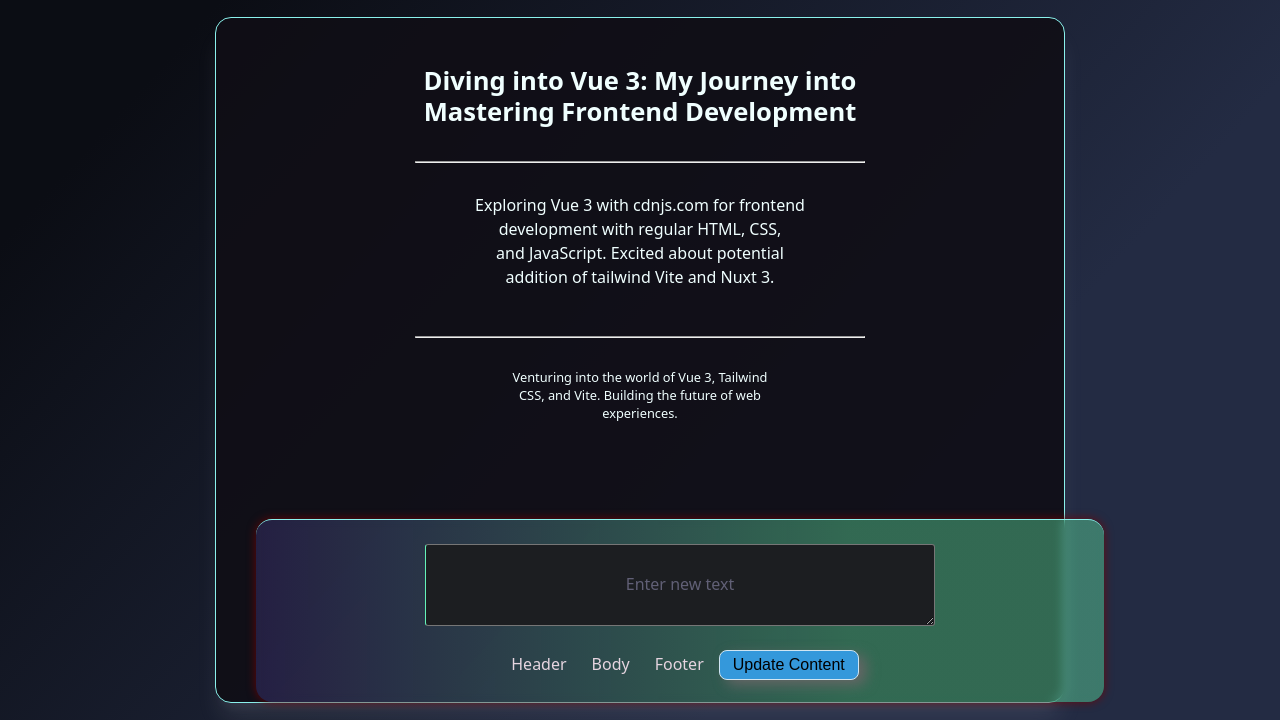
Repository: Freezler/AnnounceCraft
Page: index.html
These files come from the project's save history. The page is drawn as it stood at one moment and after a run of saves; the edit follows.
The browser window is 1280 px wide. The pictures show the whole page.

Above is the page before, as saved 2024-01-22 15:59:21.

### index.html
<!DOCTYPE html>
<html lang="en">

<head>
	<meta charset="UTF-8" />
	<meta name="viewport" content="width=device-width, initial-scale=1.0" />
	<title>Shopping List App</title>
	<link rel="stylesheet" href="style.css" />
</head>

<body>
	<section id="shopping-list">

		<div class="content">
			<h1 @click="updateSelectedType('Header'); updateSelectedText(header)">{{ header }}</h1>
			<hr>
			<p @click="updateSelectedType('Body'); updateSelectedText(body)">{{ body }}</p>
			<hr>
			<h4 @click="updateSelectedType('Footer'); updateSelectedText(footer)">{{ footer }}</h4>
		</div>
		<div class="choice-box">
			<textarea v-model="selectedText" type="text" minlength="10" maxlength="400" required
				placeholder="Enter new text"></textarea>
			<div class="radio-container">
				<input class="btn" type="radio" id="header" value="Header" v-model="selectedType"
					@change="updateTempContent">
				<label for="header">Header</label>
				<input class="btn" type="radio" id="body" value="Body" v-model="selectedType"
					@change="updateTempContent">
				<label for="body">Body</label>
				<input class="btn" type="radio" id="footer" value="Footer" v-model="selectedType"
					@change="updateTempContent">
				<label for="footer">Footer</label>
				<button @click="updateText" class="btn">Update Content</button>
			</div>
		</div>
	</section>
	<script src="https://unpkg.com/vue@3"></script>
	<script src="app.js"></script>
</body>

</html>

### style.css
body {
    margin: 0;
    padding: 0;
    font-family: system-ui, -apple-system, BlinkMacSystemFont, 'Segoe UI', Roboto, Oxygen, Ubuntu, Cantarell, 'Open Sans', 'Helvetica Neue', sans-serif;
    background: linear-gradient(132.1deg, rgb(11, 13, 20) 11.4%, rgb(35, 43, 67) 70.2%);
    color: azure;
    text-align: center;
    height: 100vh;
    display: flex;
    flex-direction: column;
    justify-content: space-evenly;
    align-items: center;

}

section {
    height: 95%;
    border: 0.6px solid #8af1ec;
    border-radius: 16px;
    padding:0 40px;
    max-width: 60vw;
    background-color: hsla(255, 21%, 7%, 0.9);
    text-align: center;
    position: absolute;
    box-shadow: rgba(223, 225, 240, 0.1) 0px 20px 25px -5px, rgba(228, 225, 225, 0.05) 0px 10px 10px -5px;
}

h1 {
    font-size: clamp(0.9rem, 2vw, 1.7rem);
    line-height: 1.2;
    padding-bottom: 1.2rem;
    width: 32ch;
    margin: 16px auto -16px;
    word-wrap: pretty;
}

h1:hover {

    transform: scale(1.05);
    color: hsla(219, 87%, 27%, 0.9);
    transition: all 5s cubic-bezier(0.215, 0.610, 0.355, 1);
    text-align: center;
    margin:0 auto;
    padding:0;
}

h4 {
    font-size: clamp(0.3rem, 2vw, 0.8rem);
    font-weight: 100;
    width: 35ch;
    vertical-align: middle;
    margin: 0 auto;
    padding-bottom: 24px;
    text-align: center;
    word-wrap: balanced;
}

p {
    font-size: clamp(0.6rem, 2vw, 1rem);
    line-height: 1.6;
    width: 45ch;
    line-height: 1.5;
    margin: 0 auto;
    padding: 0px 0px 1rem;
    text-wrap: balance;
    text-align: center;
}

hr {

    width: 35vw;
    align-self: center;

}

label {
    display: block;
    color: #e6d5e0;
}

.radio-container input[type="radio"] {
    display: none;

}

.radio-container input[type="radio"]:hover {
    background: #b984e8;

}

.radio-container input[type="radio"]+label {
    display: inline-block;
    padding: 5px 10px;

    border-radius: 8px;
    margin-right: 5px;
    cursor: pointer;
}

.radio-container input[type="radio"]:checked+label {
    background-color: #e0e0e0;
    color: rgb(40, 4, 4);
}

.content {
    display: flex;
    flex-direction: column;
    gap: clamp(1.4rem, 1vw, 2rem);
    width: 60vw;
    ;
    padding: 2rem 0;
}

.choice-box {
    position: absolute;
    bottom: 0;
    background-position: center;
    background-image: url('https://images.unsplash.com/photo-1515325915697-9279b4f7effc?q=80&w=2532&auto=format&fit=crop&ixlib=rb-4.0.3&ixid=M3wxMjA3fDB8MHxwaG90by1wYWdlfHx8fGVufDB8fHx8fA%3D%3D');
    background: linear-gradient(90deg, hsla(249, 83%, 67%, 0.2), hsla(249, 83%, 67%, 0.2)0 0%, hsla(149, 83%, 67%, 0.4)70%);
    display: flex;
    flex-direction: column;
    gap: 8px;
    justify-content: space-around;
    break-before: always;


    border-top: 0.6px solid #8af1ec;
    border-radius: 16px;

    padding-top: 24px;
    padding-bottom: 16px;


    backdrop-filter: blur(5px);

    box-shadow: 0 0 10px rgba(123, 3, 3, 0.8);
    width: 100%;

    textarea {
        width: 60%;
        color: rgb(233, 232, 243);
        background-color: #1c1e21;
        border-left: 1px solid #64f3b7;
        border-radius: 3px;
        font-size: 16px;
        font-family: system-ui, -apple-system, BlinkMacSystemFont, 'Segoe UI', Roboto, Oxygen, Ubuntu, Cantarell, 'Open Sans', 'Helvetica Neue', sans-serif;
        margin: 0 auto;
       padding: 16px 0px;
       padding-top: 1.2rem;
       text-align: center;
            justify-content: baseline;
        overflow: hidden;
        outline: none;
        vertical-align: middle;

        &::placeholder {
            color: rgb(97, 96, 118);
            text-align: center;
            justify-content: baseline;
            padding-top: 0.5rem;
        }

        &:focus {
            border-color: #f0f3f6;
            box-shadow: 0 0 0 0.1rem rgba(255, 0, 76, 0.65);
            text-align: center;

        }

        &::valid {
            background-color: #28924b;
        }
    }
}

.btn {
    -webkit-border-radius: 4;
    -moz-border-radius: 4;
    border-radius: 8px;
    -webkit-box-shadow: 7px 5px 13px #666666;
    -moz-box-shadow: 7px 5px 13px #666666;
    box-shadow: 7px 5px 13px #666666;
    color: #000000;
    font-size: 16px;
    background: #3498db;
    padding: 5px 10px;
    border: solid #d0e5f2 1px;
    text-decoration: none;
    width: 140px;
    margin: 1rem auto .4rem;
}

.btn:hover {
    background: #b984e8;
    text-decoration: none;
}

### app.js
const shoppingList = Vue.createApp({
    /**
     * Returns an object with header, body, footer, selectedText, selectedType, and tempContent properties.
     *
     * @return {Object} The object containing header, body, footer, selectedText, selectedType, and tempContent properties.
     */
    data() {
        return {
            header: "Diving into Vue 3: My Journey into Mastering Frontend Development",
            body: "Exploring Vue 3 with cdnjs.com for frontend development with regular HTML, CSS, and JavaScript. Excited about potential addition of tailwind  Vite and Nuxt 3.",
            footer: "Venturing into the world of Vue 3, Tailwind CSS, and Vite. Building the future of web experiences.",
            selectedText: "",
            selectedType: "",
            tempContent: { type: "", text: "" }
        };
    },
    methods: {
        /**
         * Updates the temporary content based on the selected type and text.
         */
        updateTempContent() {
            if (this.selectedText === "") {
                this.selectedType = "";
                alert("Please enter text first");
            } else {
                if (this.selectedType !== undefined) {
                    this.tempContent.type = this.selectedType;
                }
                if (this.selectedText !== undefined) {
                    this.tempContent.text = this.selectedText;
                }
            }
        },

        /**
         * Updates the header, body, and footer based on the type and text from this.tempContent.
         */
        updateText() {
            const { type, text } = this.tempContent;
            if (type === "Header") {
                this.header = text;
            }
            if (type === "Body") {
                this.body = text;
            }
            if (type === "Footer") {
                this.footer = text;
            }
            this.selectedType = "";
            this.selectedText = "";
        }
    }
}).mount("#shopping-list");

After the next 2 saves:
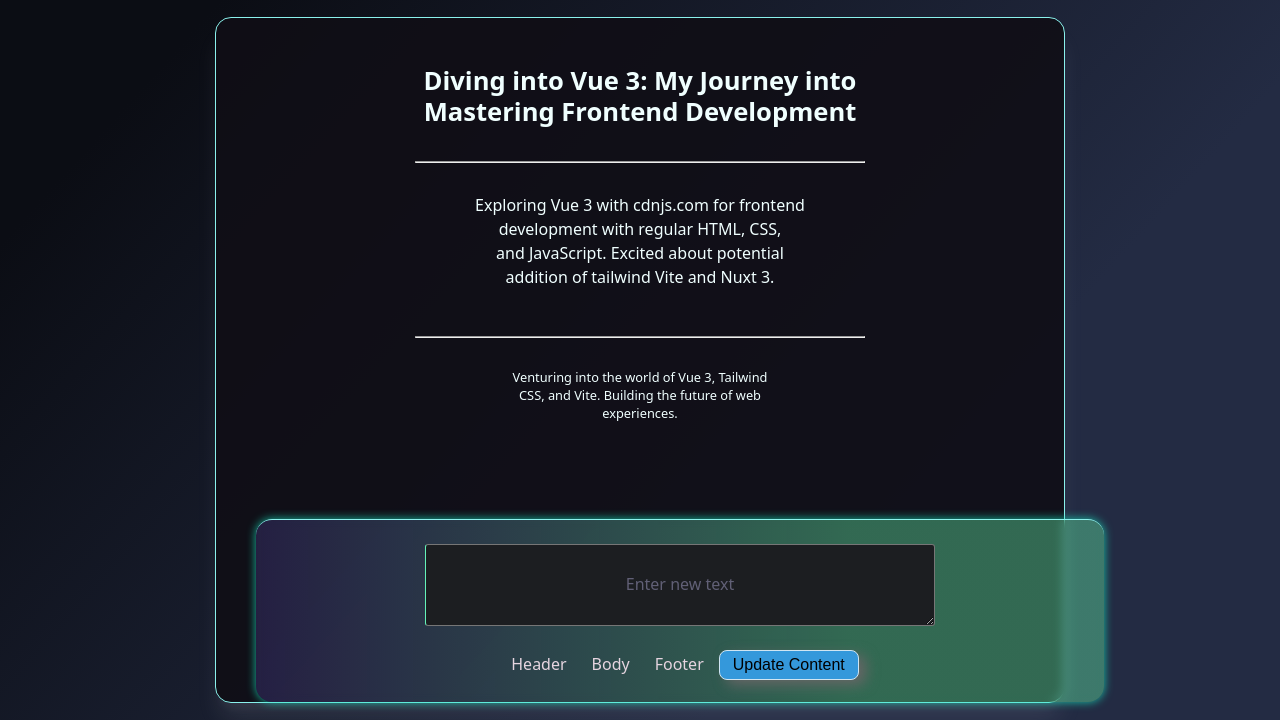
The 2 saves are shown as one change because they came seconds apart.
The last was saved 8 s later.
--- a/style.css
+++ b/style.css
@@ -133,7 +133,7 @@
 
     backdrop-filter: blur(5px);
 
-    box-shadow: 0 0 10px rgba(123, 3, 3, 0.8);
+    box-shadow: 0 0 10px rgba(23, 229, 191, 0.8);
     width: 100%;
 
     textarea {
